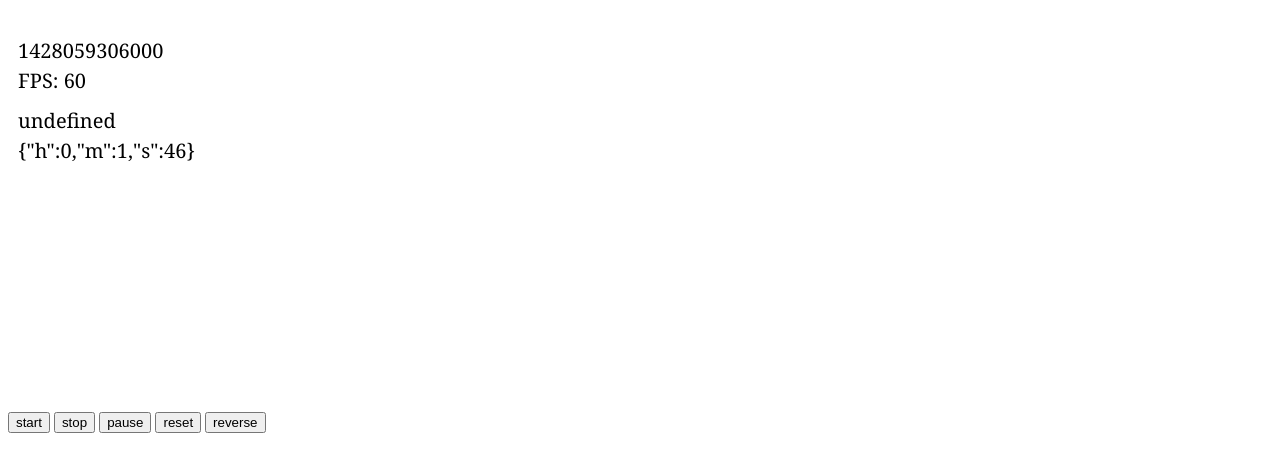
Repository: WebRTCGame/game-timer
Page: index.html
The author's editor kept a record of every edit. The page is drawn from the files as they stood at one moment, then again after the next edit.
The browser window is 1280 px wide. The pictures show the whole page.

Above is the page before.

### index.html
<!DOCTYPE html>
<html>

<head>
    <meta http-equiv="content-type" content="text/html; charset=UTF-8">
    <title>Game Timer Demo</title>

    <script type='text/javascript' src='./timer.js'></script>

    <style type='text/css'>
    </style>



    <script type='text/javascript'>
        //<![CDATA[
        window.onload = function() {

                var c = document.getElementById("fun");
                var ctx = c.getContext("2d");
                var tC = {
                    lastframe: 0,
                    fpstime: 0,
                    framecount: 0,
                    fps: 0
                };
                tC.updateFps = function(dt) {
                    if (this.fpstime > 0.25) {
                        this.fps = Math.round(this.framecount / this.fpstime);
                        this.fpstime = 0;
                        this.framecount = 0;
                    }
                    this.fpstime += dt;
                    this.framecount++;
                };
                tC.getDT = function(tframe) {
                    var dt = (tframe - this.lastframe) / 1000;
                    this.lastframe = tframe;
                    this.updateFps(dt);
                    return dt;
                };

                var timer = new Timer(100);

                function update(tframe) {
                        var dt = tC.getDT(tframe);

                        timer.step();
                        //game logic here
                    }
                    /*

                    */
                function animate(tframe) {

                    requestAnimationFrame(animate);
                    update(tframe);

                    render();

                }

                function render() {
                    ctx.clearRect(0, 0, c.width, c.height);
                    ctx.font = "20px Georgia";
                    ctx.fillText(Date.now(), 10, 50);
                    ctx.fillText("FPS: " + tC.fps, 10, 80);
                    ctx.fillText(timer.ticks, 10, 120);
                    ctx.fillText(JSON.stringify(timer.getHMS()), 10, 150);
                };

                function init() {
                    document.getElementById("btnStart").addEventListener("click", function() {
                        timer.start();
                    }, false);
                    document.getElementById("btnStop").addEventListener("click", function() {
                        timer.stop();
                    }, false);
                    document.getElementById("btnPause").addEventListener("click", function() {
                        timer.pause();
                    }, false);
                    document.getElementById("btnReset").addEventListener("click", function() {
                        timer.reset();
                    }, false);
                    document.getElementById("btnReverse").addEventListener("click", function() {
                        timer.increment = !timer.increment;
                    }, false);

                    animate(0);
                }
                init();
            } //]]>
    </script>


</head>

<body>
    <canvas id="fun" height="400px"></canvas>
    <br>
    <button id="btnStart">start</button>
    <button id="btnStop">stop</button>
    <button id="btnPause">pause</button>
    <button id="btnReset">reset</button>
    <button id="btnReverse">reverse</button>

</body>


</html>

### timer.js
var Timer = function(initialSeconds) {
    this.initialSeconds = initialSeconds || 0;
    this.lastTimestamp = 0;
    this.pausedTime = 0;
    this.gameTime = this.initialSeconds || 0;
    this.maxStep = 1;
    this.increment = true;
    this.scale = 1.0;
    this.paused = false;

};

Timer.prototype.step = function() {
    var current = Date.now();
    if (!this.paused) {

        var delta = (current - this.lastTimestamp) / 1000;

        if (this.increment) {
            this.gameTime += (Math.min(delta, this.maxStep) * this.scale);
        }
        else {
            this.gameTime -= (Math.min(delta, this.maxStep) * this.scale);
        }

    }
    this.lastTimestamp = current;

};
Timer.prototype.getHMS = function() {

    var a = this.gameTime;
    a = Math.round(a);
    var c = Math.floor(a / 3600),
        b = a % 3600;
    a = Math.floor(b / 60);
    b = Math.ceil(b % 60);
    return {
        h: c,
        m: a,
        s: b
    };

}
Timer.prototype.pause = function() {
    if (!this.paused) {
        this.pausedTime = this.gameTime;
        this.paused = true;
    }
    else {
        this.paused = false;
    }

};
Timer.prototype.reset = function() {
    this.gameTime = this.initialSeconds;
};
Timer.prototype.start = function() {
    this.paused = false;
};
Timer.prototype.stop = function() {
    this.pause();
    this.reset();

};

After the next edit:
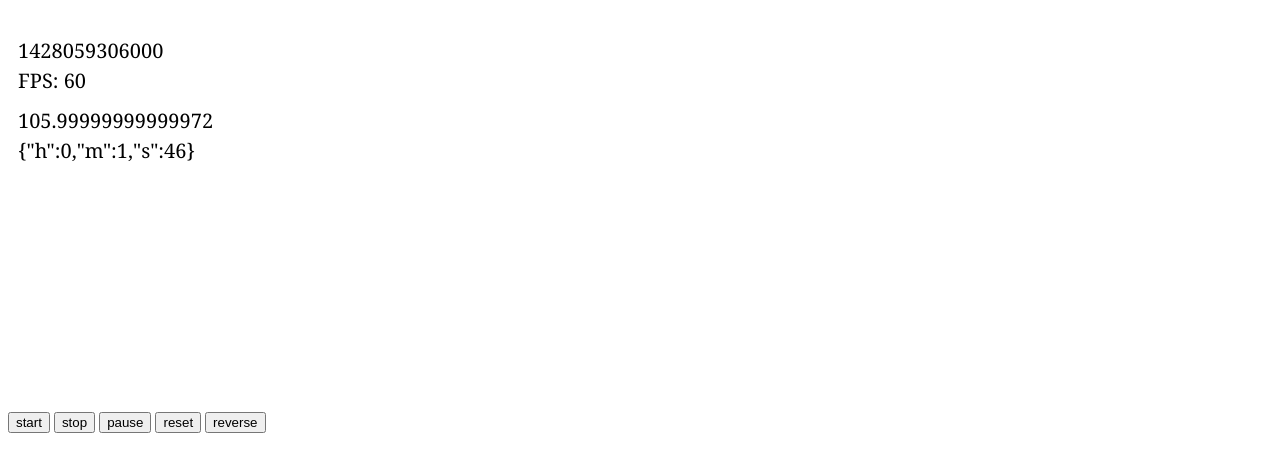
The edit:
--- a/timer.js
+++ b/timer.js
@@ -1,8 +1,8 @@
-var Timer = function(initialSeconds) {
-    this.initialSeconds = initialSeconds || 0;
+var Timer = function(initialTicks) {
+    this.initialTicks = initialTicks || 0;
     this.lastTimestamp = 0;
     this.pausedTime = 0;
-    this.gameTime = this.initialSeconds || 0;
+    this.ticks = this.initialTicks || 0;
     this.maxStep = 1;
     this.increment = true;
     this.scale = 1.0;
@@ -17,10 +17,10 @@
         var delta = (current - this.lastTimestamp) / 1000;
 
         if (this.increment) {
-            this.gameTime += (Math.min(delta, this.maxStep) * this.scale);
+            this.ticks += (Math.min(delta, this.maxStep) * this.scale);
         }
         else {
-            this.gameTime -= (Math.min(delta, this.maxStep) * this.scale);
+            this.ticks -= (Math.min(delta, this.maxStep) * this.scale);
         }
 
     }
@@ -29,7 +29,7 @@
 };
 Timer.prototype.getHMS = function() {
 
-    var a = this.gameTime;
+    var a = this.ticks;
     a = Math.round(a);
     var c = Math.floor(a / 3600),
         b = a % 3600;
@@ -44,16 +44,15 @@
 }
 Timer.prototype.pause = function() {
     if (!this.paused) {
-        this.pausedTime = this.gameTime;
+        this.pausedTime = this.ticks;
         this.paused = true;
     }
     else {
         this.paused = false;
     }
-
 };
 Timer.prototype.reset = function() {
-    this.gameTime = this.initialSeconds;
+    this.ticks = this.initialTicks;
 };
 Timer.prototype.start = function() {
     this.paused = false;
